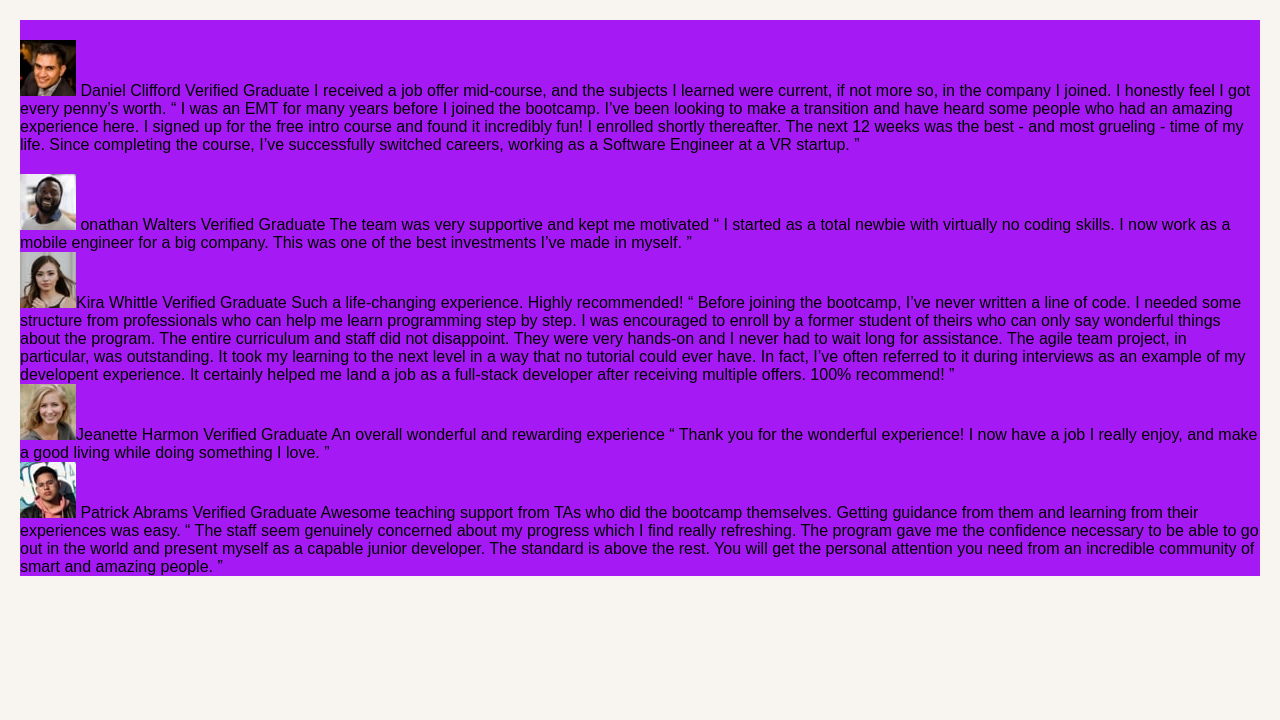
Repository: MagedElRefaey/Grid-Project
Page: Task.html
An editor plug-in stored every save of this project. The page is shown before and after the next save, followed by the edit.
The browser window is 1280 px wide. The pictures show the whole page.

Above is the page before, as saved 2024-09-13 22:04:37.

After the next save:
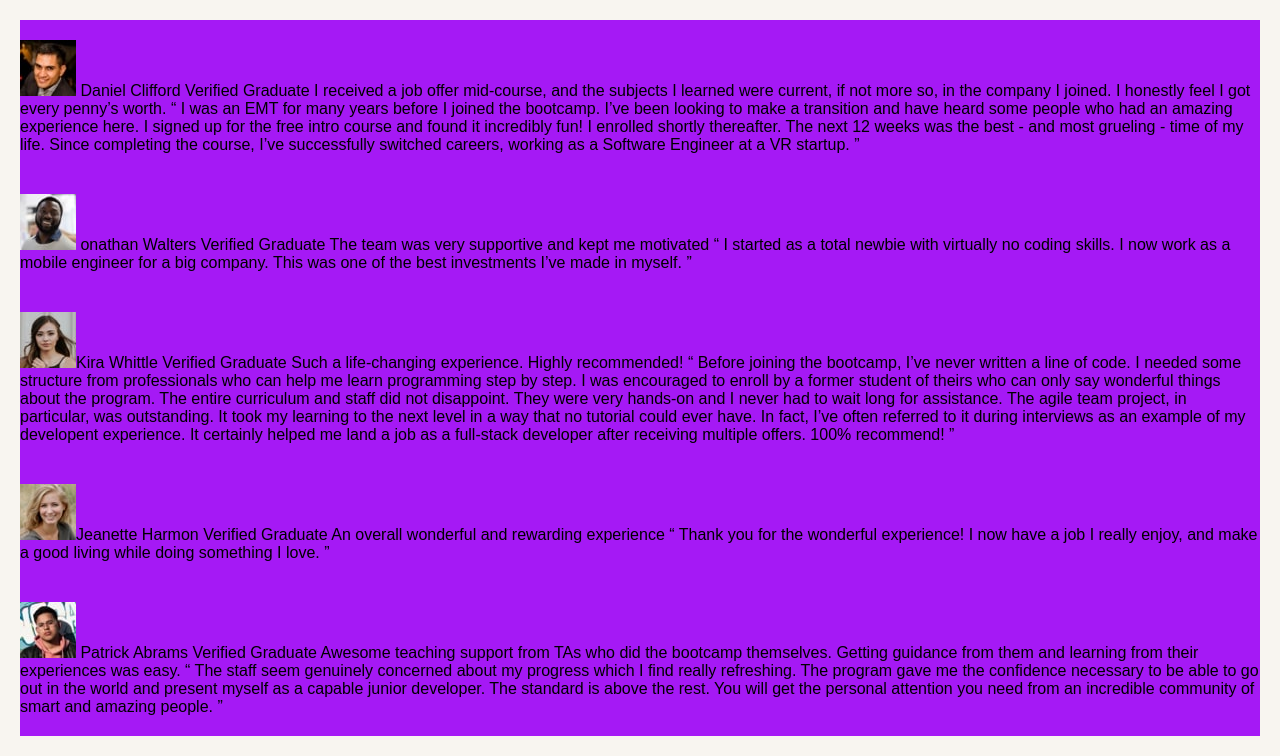
Saved 10 s later.
--- a/Style.css
+++ b/Style.css
@@ -27,6 +27,7 @@ body{
     /* height: 100%;
     width: 100%;
     border: 3px solid black; */
+    padding: 20px 0;
     background-color: #9c00f7e5;
 }
 .Jeantette{
@@ -34,6 +35,7 @@ body{
     /* height: 100%;
     width: 100%;
     border: 3px solid black; */
+    padding: 20px 0;
     background-color: #9c00f7e5;
 }
 .Patrick{
@@ -41,6 +43,7 @@ body{
     /* height: 100%;
     width: 100%;
     border: 3px solid black; */
+    padding: 20px 0;
     background-color: #9c00f7e5;
 }
 .Kira{
@@ -48,5 +51,6 @@ body{
     /* height: 100%;
     width: 100%;
     border: 3px solid black; */
+    padding: 20px 0;
     background-color: #9c00f7e5;
 }
